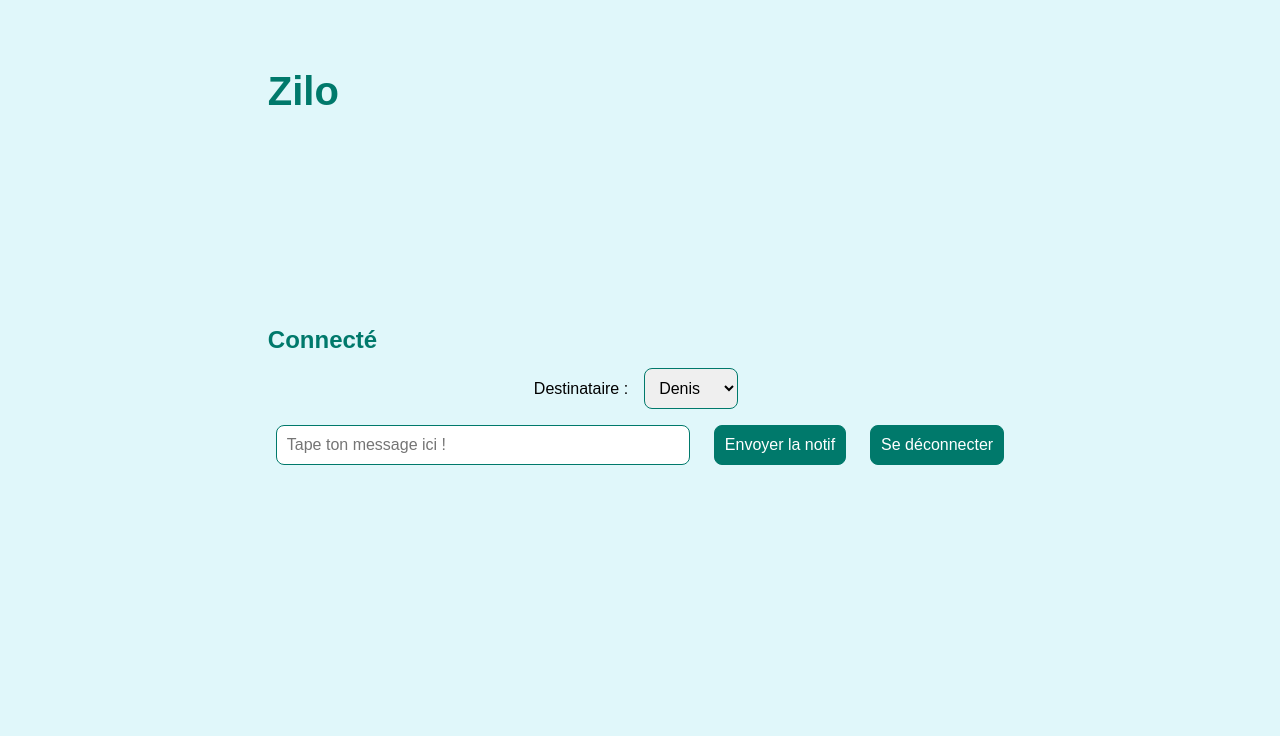
Repository: nlagardere/LumoNet
Page: public/index.html
These files come from the project's save history. The page is drawn as it stood at one moment and after the next save; the edit follows.
The browser window is 1280 px wide. The pictures show the whole page.

Above is the page before, as saved 2025-08-18 19:59:52.

### public/index.html
<!DOCTYPE html>
<html lang="fr">
<head>
  <meta charset="UTF-8" />
  <meta name="viewport" content="width=device-width, initial-scale=1.0" />
  <title>Zilo</title>
  <style>
    body {
      font-family: Arial, sans-serif;
      display:flex; flex-direction:column;
      align-items:center; justify-content:center;
      height:100vh; background:#e0f7fa;
    }

    h1, h2 {
      color:#00796b;
      margin:6px 0;
    }

    select, input, button {
      margin:8px;
      padding:10px;
      font-size:16px;
      border-radius:8px;
      border:1px solid #00796b;
    }

    button {
      background:#00796b;
      color:#fff;
      cursor:pointer;
    }

    button:hover{
      background:#004d40;
    }

    .row{
      display:flex;
      gap:8px;
      flex-wrap:wrap;
      align-items:center;
      justify-content:center;
    }


     .card h1 {
      font-size:2.5em;
      margin-bottom:12px;
      position: relative;
      top: -200px;
      left:
     }


  </style>
</head>
<body>
  <div class="card">
    <h1>Zilo</h1>
    <h2 id="welcome">Connecté</h2>

    <div class="row">
      <label for="recipient">Destinataire :</label>
      <select id="recipient">
        <option value="denis">Denis</option>
        <option value="nathan">Nathan</option>
      </select>
    </div>

    <div class="row">
      <input id="message" type="text" placeholder="Tape ton message ici !" size="40" />
      <button id="send">Envoyer la notif</button>
      <button id="logout">Se déconnecter</button>
    </div>
  </div>

  <script>
    const messageInput = document.getElementById('message');

    async function send(){
      const recipient = document.getElementById('recipient').value;
      const message = messageInput.value.trim();
      if(!message){ alert('Écris un message !'); return; }

      const res = await fetch('/api/send', {
        method:'POST', headers:{'Content-Type':'application/json'},
        body: JSON.stringify({ recipient, message })
      });
      const data = await res.json();
      if(data.ok){
        messageInput.value = '';
        alert('Notification envoyée !');
      } else {
        if(res.status === 401){
          // non connecté → renvoie vers la connexion
          window.location.href = '/login.html';
        } else {
          alert('Erreur : ' + (data.error||'inconnue'));
        }
      }
    }

    async function logout(){
      await fetch('/api/logout');
      window.location.href = '/login.html';
    }

    document.getElementById('send').addEventListener('click', send);
    document.getElementById('logout').addEventListener('click', logout);
    messageInput.addEventListener('keydown', e => { if(e.key==='Enter') send(); });
  </script>
</body>
</html>

After the next save:
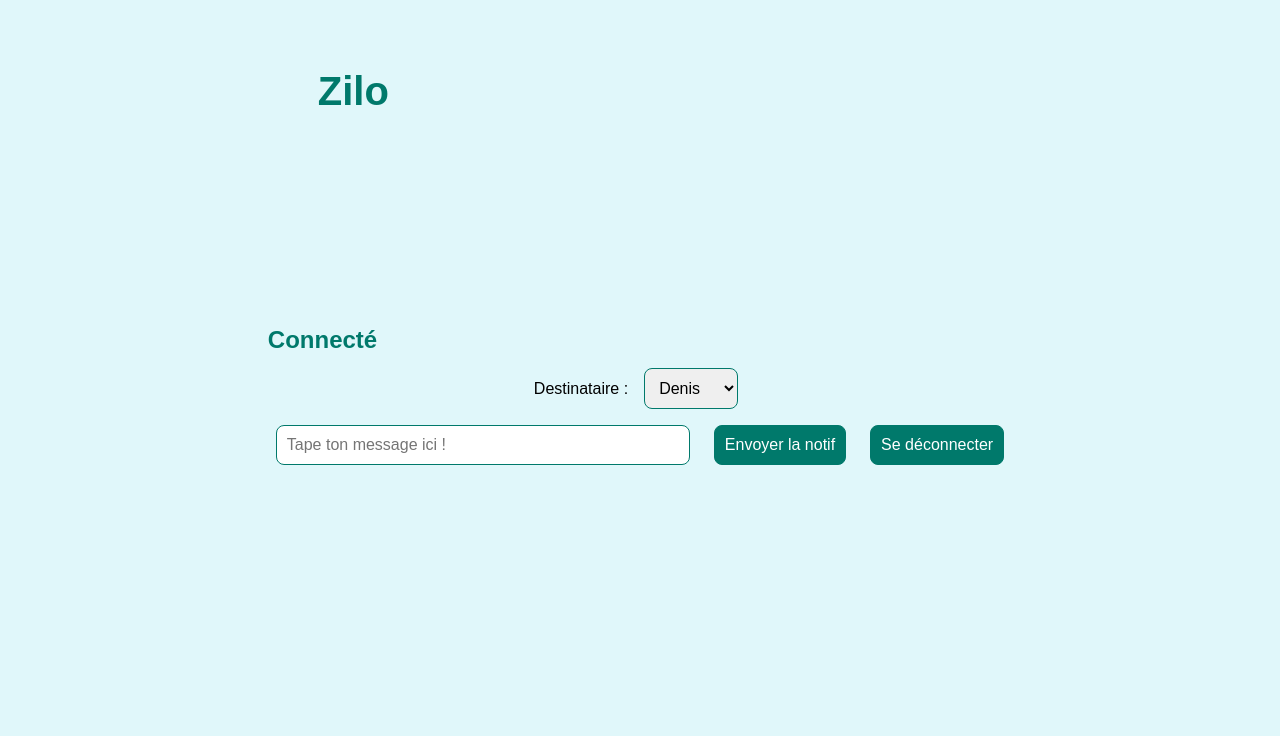
Saved 4 s later.
--- a/public/index.html
+++ b/public/index.html
@@ -49,7 +49,7 @@
       margin-bottom:12px;
       position: relative;
       top: -200px;
-      left:
+      left: 50px
      }
 
 
